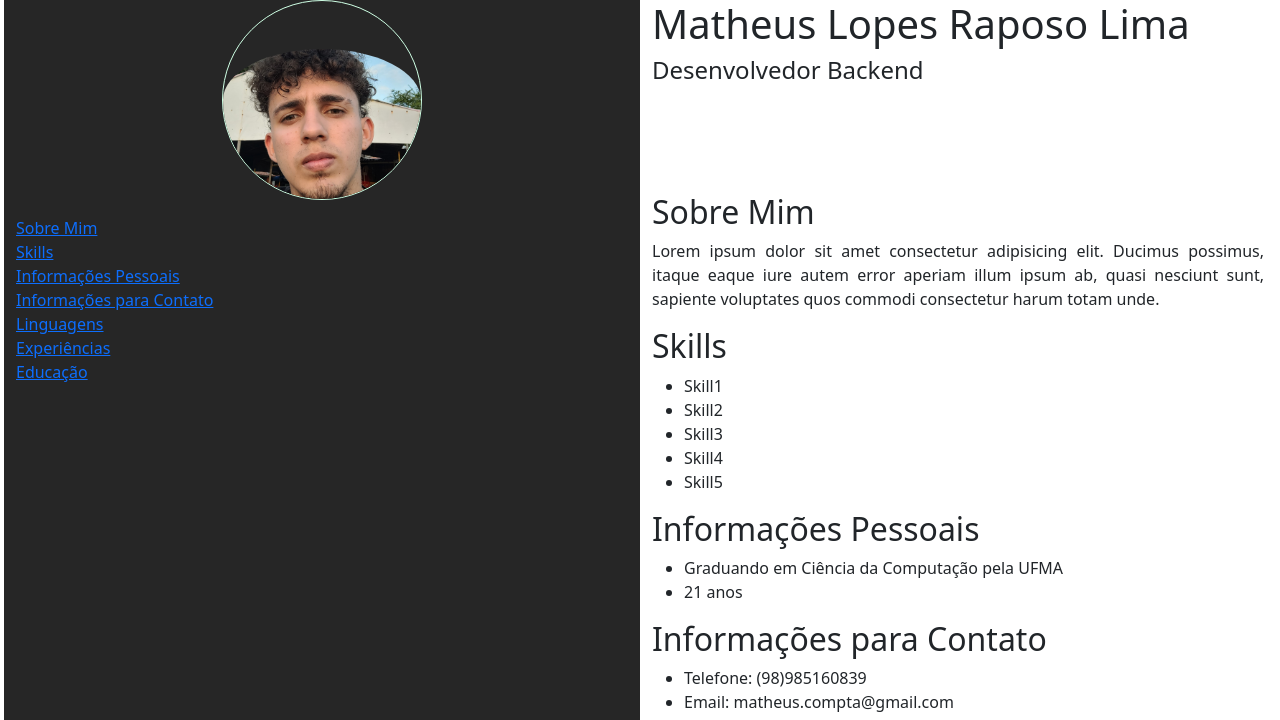
Repository: MaatheusRaposo/Curriculo_Web
Page: index.html
The author's editor kept a copy of each file at every save. The page is drawn from the files as they stood at one save, then again after the next save.
The browser window is 1280 px wide. The pictures show the whole page.
An inner scrolling area shows only its first screen.

Above is the page before, as saved 2026-05-28 01:32:03.

After the next save:
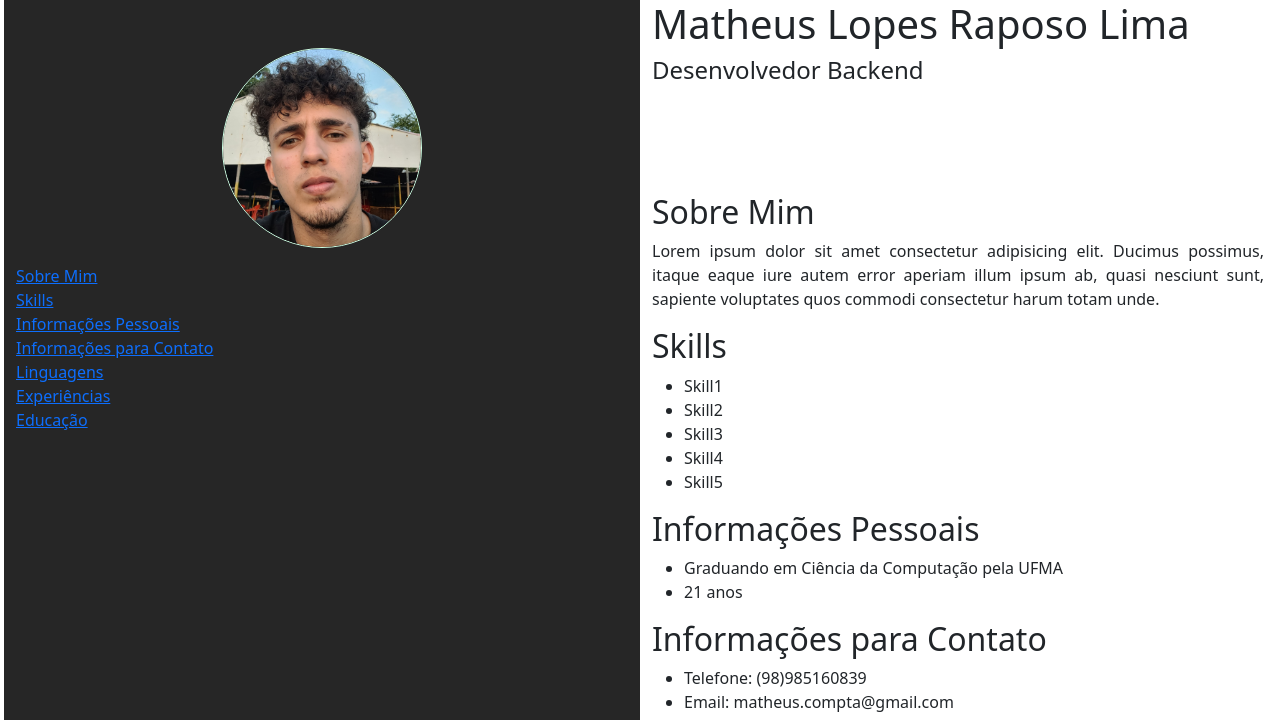
Saved 15 s later.
--- a/index.html
+++ b/index.html
@@ -11,8 +11,8 @@
     <div class="container-fluid px-3">
         <div class="row">
             <div class="col text-light d-flex flex-column" id="coluna-esquerda">
-                <div class="d-flex justify-content-center align-items-center">
-                    <img class="foto-perfil position-relative mb-3 pt-5" src="assets/images/20230725_175129.jpg" alt="">
+                <div class="d-flex justify-content-center align-items-center pt-5">
+                    <img class="foto-perfil position-relative mb-3" src="assets/images/20230725_175129.jpg" alt="">
                 </div>
                 <div>
                     <a href="#sobreMim">Sobre Mim</a> <br>
